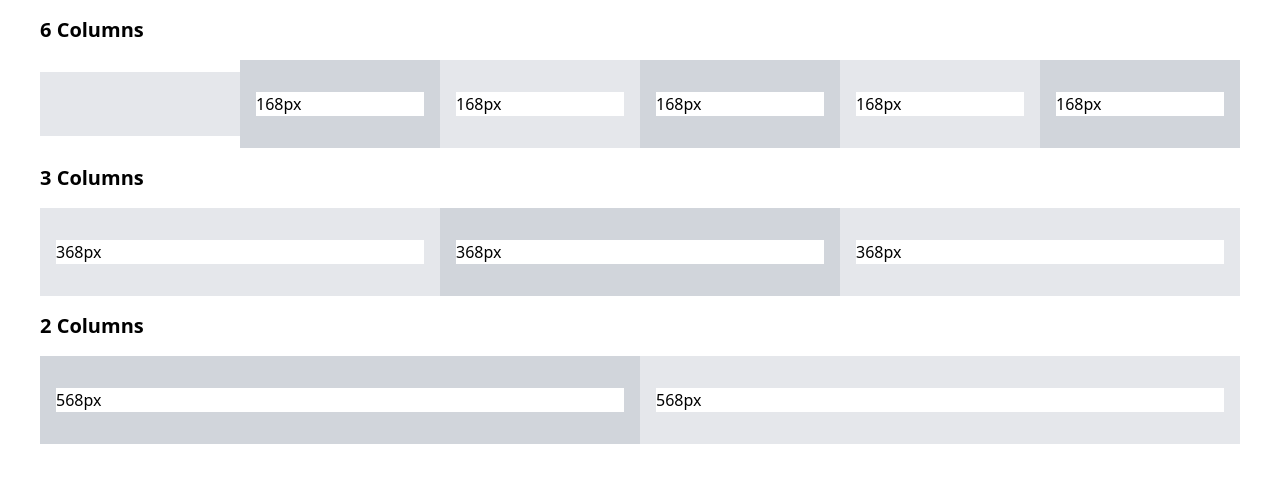
Repository: fabianwurk/vue-tailwind
Page: /
The author's editor kept a copy of each file at every save. The page is drawn from the files as they stood at one save, then again after the next save.
The browser window is 1280 px wide. The pictures show the whole page.
The project was rebuilt for these pictures with package versions that can differ from the ones it lists, and the page was loaded fresh each time. Also part of the build but not shown: vite.config.js.

Above is the page before, as saved 2021-03-15 23:15:52.

### src/App.vue
<template>
  <SixColumn six="168px" />
  <Tail />
  <Wind />
</template>

<script setup>
import Tail from './components/Tail.vue';
// import Wind from './components/Wind.vue';

</script>

### src/components/Tail.vue
<template>
  <div>

  <div class="container mx-auto">
    <h2 class="text-xl font-bold my-4">6 Columns</h2>
    <div class="flex items-center">
      <div class="w-1/6 bg-gray-200 py-8 px-4">
        <span class="bg-white w-full block">{{ six }}</span>
      </div>
      <div class="w-1/6 bg-gray-300 py-8 px-4">
        <span class="bg-white w-full block">168px</span>
      </div>
      <div class="w-1/6 bg-gray-200 py-8 px-4">
        <span class="bg-white w-full block">168px</span>
      </div>
      <div class="w-1/6 bg-gray-300 py-8 px-4">
        <span class="bg-white w-full block">168px</span>
      </div>
      <div class="w-1/6 bg-gray-200 py-8 px-4">
        <span class="bg-white w-full block">168px</span>
      </div>
      <div class="w-1/6 bg-gray-300 py-8 px-4">
        <span class="bg-white w-full block">168px</span>
      </div>
    </div>
  </div>

  <div class="container mx-auto">
    <h2 class="text-xl font-bold my-4">3 Columns</h2>
    <div class="flex items-center">
      <div class="w-1/3 bg-gray-200 py-8 px-4">
        <span class="bg-white w-full block">368px</span>
      </div>
      <div class="w-1/3 bg-gray-300 py-8 px-4">
        <span class="bg-white w-full block">368px</span>
      </div>
      <div class="w-1/3 bg-gray-200 py-8 px-4">
        <span class="bg-white w-full block">368px</span>
      </div>
    </div>
  </div>

  <div class="container mx-auto">
    <h2 class="text-xl font-bold my-4">2 Columns</h2>
    <div class="flex items-center">
      <div class="w-1/2 bg-gray-300 py-8 px-4">
        <span class="bg-white w-full block">568px</span>
      </div>
      <div class="w-1/2 bg-gray-200 py-8 px-4">
        <span class="bg-white w-full block">568px</span>
      </div>
    </div>
  </div>

  </div>
</template>

<script setup>
import { defineProps, reactive } from 'vue'

defineProps({
  msg: String
})

const state = reactive({ count: 0 })
</script>

### tailwind.config.js
module.exports = {
  purge: ['./index.html', './src/**/*.{vue,js,ts,jsx,tsx}'],
  darkMode: false, // or 'media' or 'class'
  theme: {
    extend: {
      screens: {
        'xl': {'min': '1200px', 'max': '1280px'},
        '2xl': {'max': '1280px'},
      },
    },
  },
  variants: {
    extend: {},
  },
  plugins: [],
}

Loaded but not shown: index.html (common file); src/main.js (common file); src/index.css (common file)

After the next save:
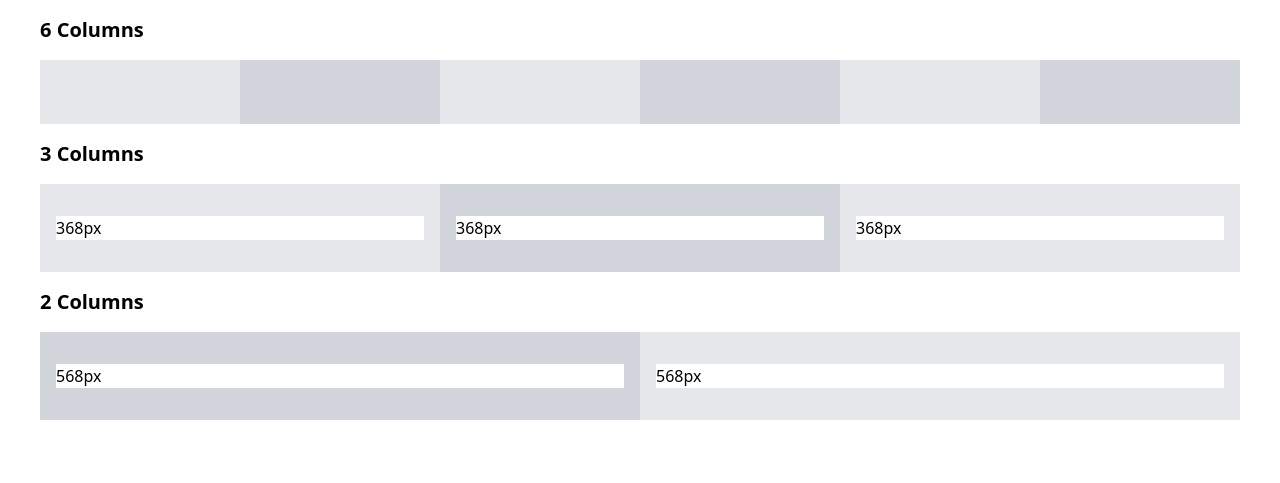
Saved 21 s later.
--- a/src/components/Tail.vue
+++ b/src/components/Tail.vue
@@ -8,19 +8,19 @@
         <span class="bg-white w-full block">{{ six }}</span>
       </div>
       <div class="w-1/6 bg-gray-300 py-8 px-4">
-        <span class="bg-white w-full block">168px</span>
+        <span class="bg-white w-full block">{{ six }}</span>
       </div>
       <div class="w-1/6 bg-gray-200 py-8 px-4">
-        <span class="bg-white w-full block">168px</span>
+        <span class="bg-white w-full block">{{ six }}</span>
       </div>
       <div class="w-1/6 bg-gray-300 py-8 px-4">
-        <span class="bg-white w-full block">168px</span>
+        <span class="bg-white w-full block">{{ six }}</span>
       </div>
       <div class="w-1/6 bg-gray-200 py-8 px-4">
-        <span class="bg-white w-full block">168px</span>
+        <span class="bg-white w-full block">{{ six }}</span>
       </div>
       <div class="w-1/6 bg-gray-300 py-8 px-4">
-        <span class="bg-white w-full block">168px</span>
+        <span class="bg-white w-full block">{{ six }}</span>
       </div>
     </div>
   </div>
